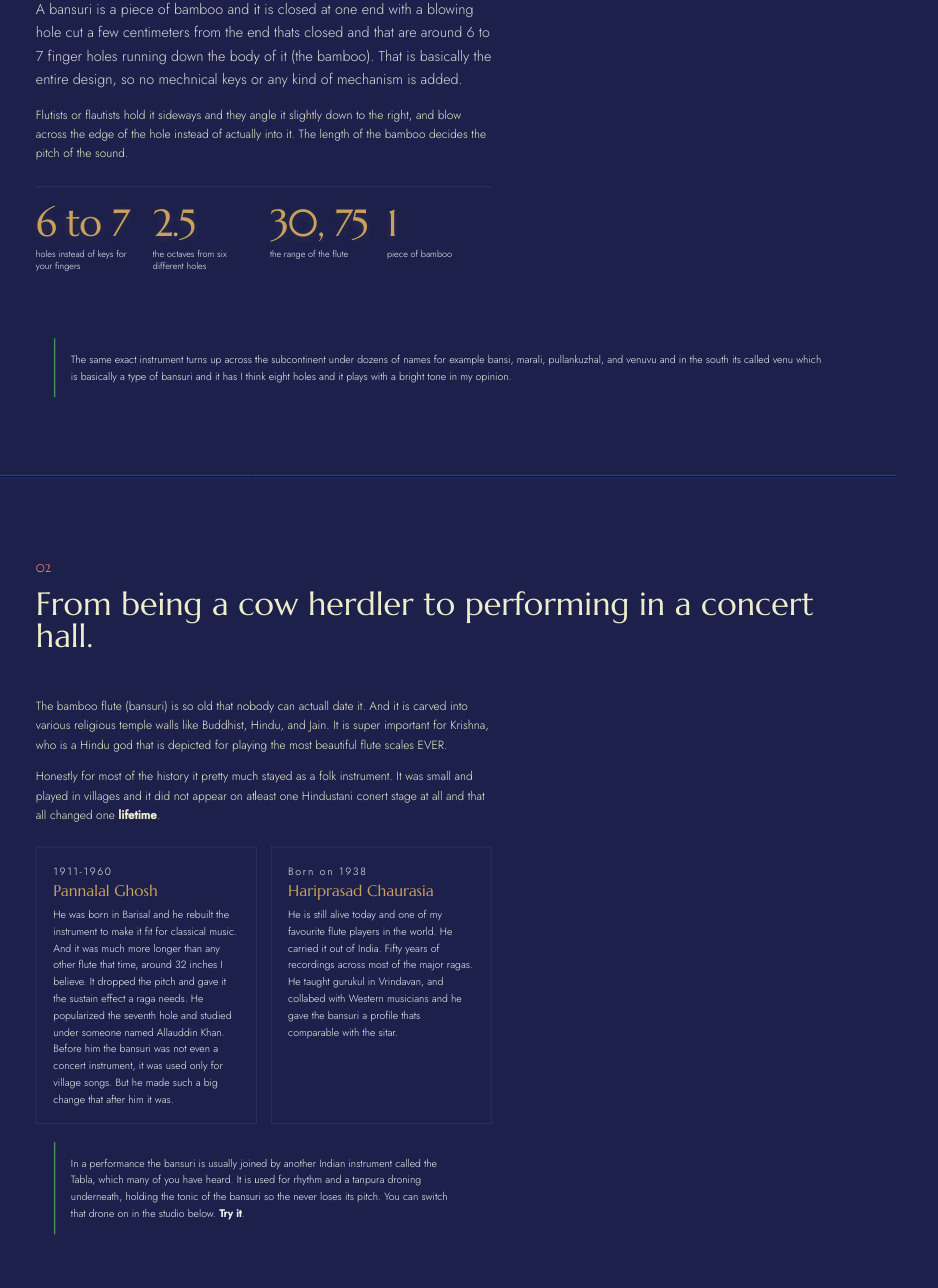
Repository: manayparikh1/Bansi
Page: index.html
The author's editor kept a copy of each file at every save. The page is drawn from the files as they stood at one save, then again after the next save.
The browser window is 1280 px wide. The page is 1340 px wide, so the pictures cover 1340 px, including what lies to the right of the window. The pictures show the part of the page from y = 1008 to 2848 px (the page is 5420 px tall before and 5446 px after), at 70% of full size.

Above is the page before, as saved 2026-10-09 20:26:10.

After the next save:
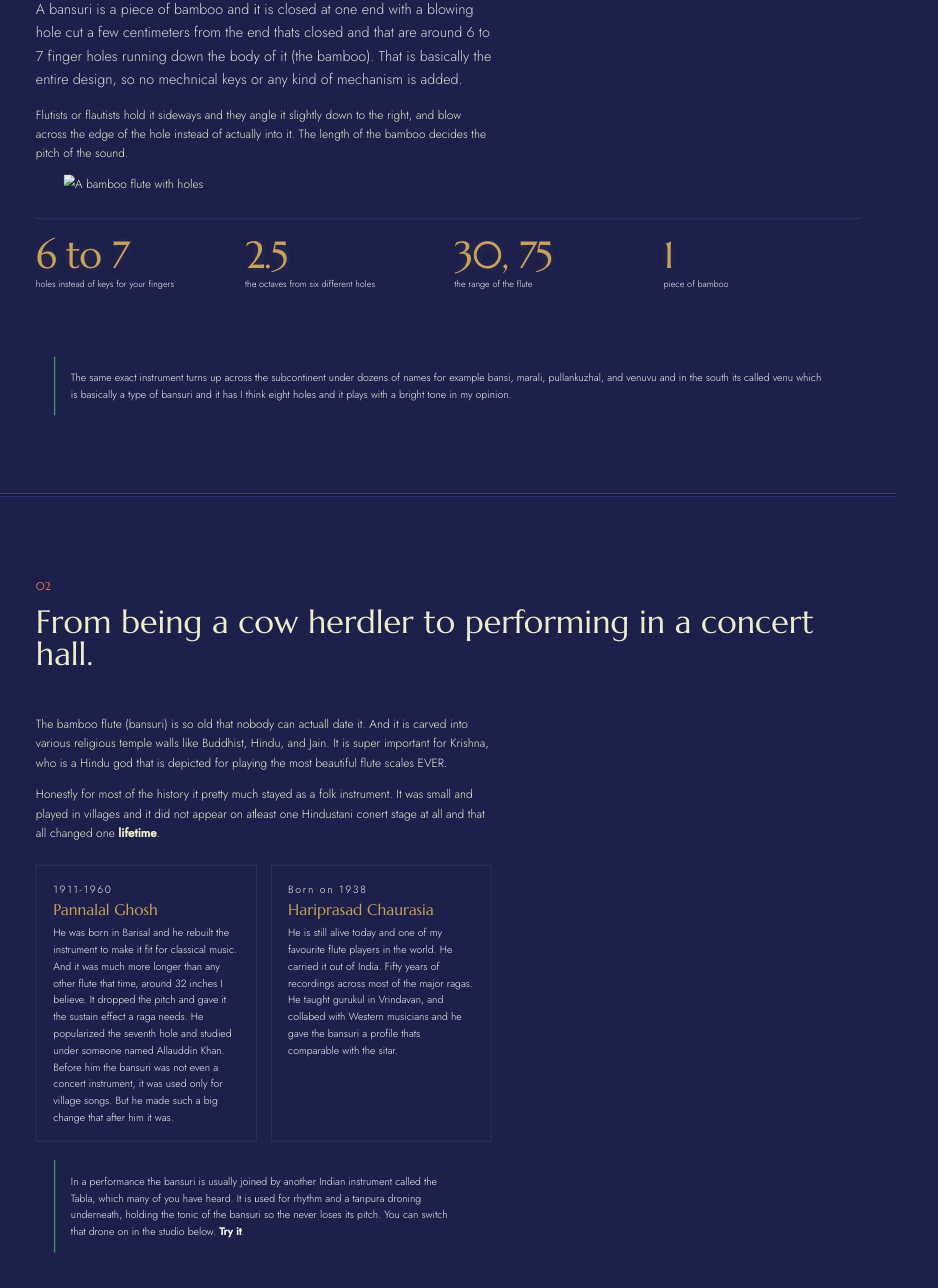
Not found: images/bansuri.png
Saved 5 min 4 s later.
--- a/index.html
+++ b/index.html
@@ -61,18 +61,28 @@
                 <p class="num">01</p>
                 <h2>What even is a Bansuri?</h2>
             </div>
-            <div class="col-body">
-                <p class="lead">
-                    A bansuri is a piece of bamboo and it is closed at one end with a blowing hole cut a few centimeters
-                    from the end thats closed and that are around 6 to 7 finger holes running down the body of it (the
-                    bamboo). That is basically the entire design, so no mechnical keys or any kind of mechanism is
-                    added.
-                </p>
-                <p>
-                    Flutists or flautists hold it sideways and they angle it slightly down to the right, and blow across
-                    the edge of the hole instead of actually into it. The length of the bamboo decides the pitch of the
-                    sound.
-                </p>
+            <div class="body-with-img">
+                <div class="col-body">
+                    <p class="lead">
+                        A bansuri is a piece of bamboo and it is closed at one end with a blowing hole cut a few
+                        centimeters
+                        from the end thats closed and that are around 6 to 7 finger holes running down the body of it
+                        (the
+                        bamboo). That is basically the entire design, so no mechnical keys or any kind of mechanism is
+                        added.
+                    </p>
+                    <p>
+                        Flutists or flautists hold it sideways and they angle it slightly down to the right, and blow
+                        across
+                        the edge of the hole instead of actually into it. The length of the bamboo decides the pitch of
+                        the
+                        sound.
+                    </p>
+
+                </div>
+                <figure class="side-img">
+                    <img src="images/bansuri.png" alt="A bamboo flute with holes">
+                </figure>
                 <div class="facts">
                     <div class="fact">
                         <b>6 to 7</b>
